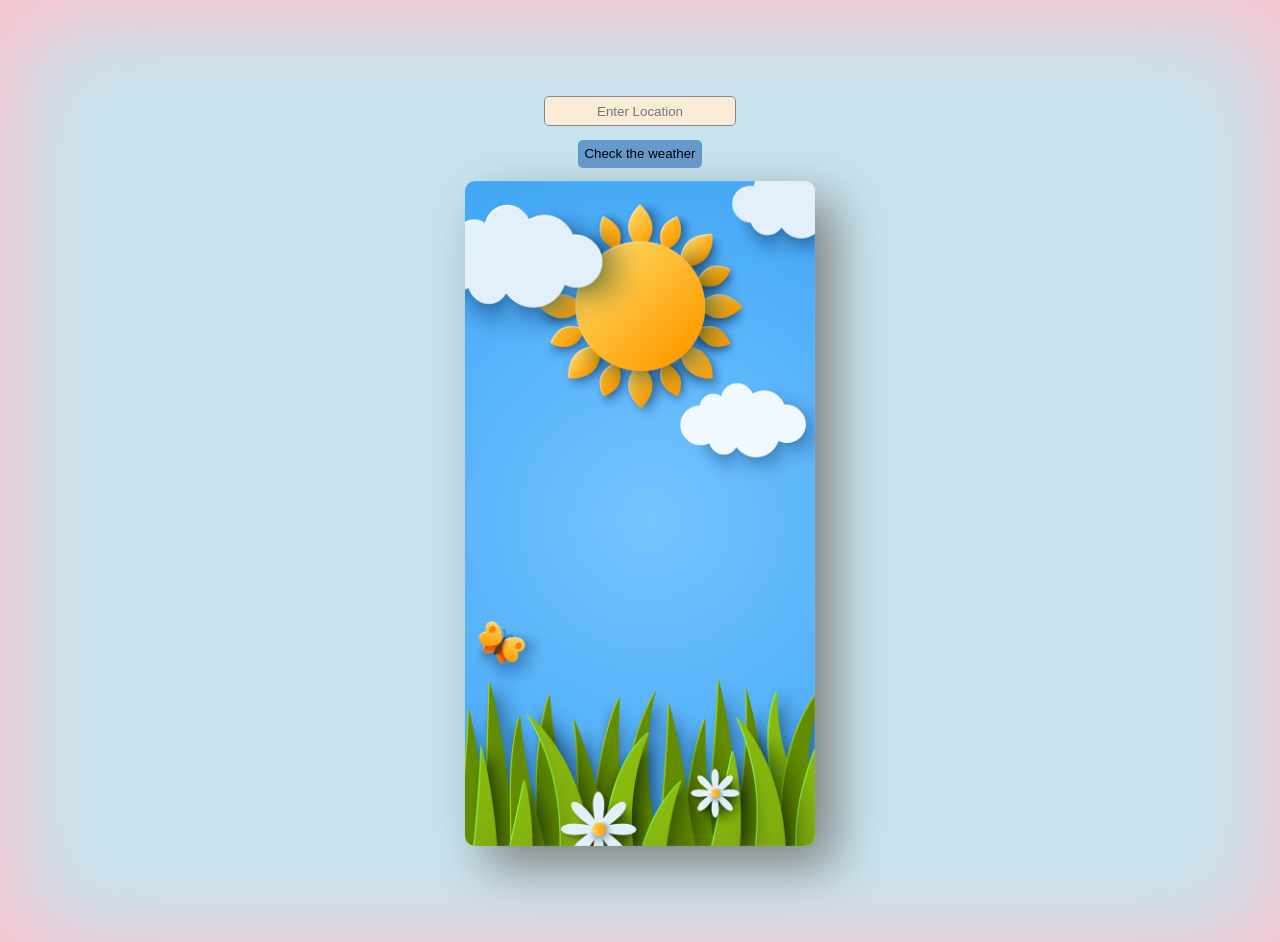
Repository: CanSanchez/weatherapp
Page: /
An editor plug-in stored every save of this project. The page is shown before and after the next save, followed by the edit.
The browser window is 1280 px wide. The pictures show the whole page.
The project was rebuilt for these pictures with package versions that can differ from the ones it lists, and the page was loaded fresh each time. The framework's server and built-in components were replaced by stand-ins that run in the browser. Also part of the build but not shown: next.config.js.

Above is the page before, as saved 2023-01-17 23:06:24.

### pages/index.js
import Head from 'next/head'
import Image from 'next/image'
import { Inter } from '@next/font/google'
import styles from '@/styles/Home.module.css'
import { useState } from 'react'
import axios from 'axios'
import sunny from '../public/background/sunny.png'

const inter = Inter({ subsets: ['latin'] })

export default function Home() {

  const [location, setLocation] = useState("");
  const [data, setData] = useState({});
  const [weather, setWeather] = useState();
  const [errorMessage, setErrorMessage] = useState('')
  const [background, setBackground] = useState(sunny.src);

  var apiKey = "99f42d70d7447c0cadd6b0124b3ed194";
  var lang ="en";
  var units ="metric";

  const url = `https://api.openweathermap.org/data/2.5/weather?q=${location}&units=${units}&&appid=${apiKey}&lang=${lang}`

  const searchLocation = (event) => {
    if(event.key === "Enter") {
      axios.get(url)
      .then((response) => {
        console.clear()
        setData(response.data)
        console.log(response.data)
        setWeather(response.data.weather);
        setErrorMessage("")
      }).catch(err => {
        console.log(err);
        setErrorMessage("Please enter another location")
        setData({})
        setWeather()
      })
      setLocation('')
    }
  }

  return (
    <>
      <Head>
        <title>Wazzup</title>
        <meta name="description" content="Weather app created by Can" />
        <meta name="viewport" content="width=device-width, initial-scale=1" />
        <link rel="icon" href="/weather-news.png" />
        <link href="https://fonts.googleapis.com/css2?family=Comfortaa&family=M+PLUS+Rounded+1c:wght@700&display=swap" rel="stylesheet"></link>
      </Head>

      <main className={styles.main}>
      <input
        className={styles.input}
        value={location}
        onChange={event => setLocation(event.target.value)}
        placeholder="Enter Location"
        onKeyDown={searchLocation}
        type="text"
       />
       <button className={styles.button}>Check the weather</button>

      <div className={styles.wrapper}
      style={{backgroundImage: `url(${background})`}}>
      {
        errorMessage &&
        <p>{errorMessage}</p>
      }
       {
        weather && weather.map((w, index) => {
          return (
            // <div key={index}>
            //   <div>{w.description}</div>
            //   <div>{w.main}</div>
            // </div>
            <div className={styles.weathercontent}>
              <h1 className={styles.city}>{data.name}</h1>
              {/* <h3>{data.sys.country}</h3> */}
              <div className={styles.currentweather}>{w.main}</div>
              <p>Wind: {data.wind.speed}m/s</p>
              <p>Temperature: {data.main.temp}°C</p>
              <p>Feels Like: {data.main.feels_like}°C</p>
            </div>
          )
        })
       }
      </div>
      </main>
    </>
  )
}

### styles/Home.module.css
.main {
  display: flex;
  flex-direction: column;
  justify-content: space-between;
  align-items: center;
  padding: 6rem;
  min-height: 100vh;
  background-color:#C7E4EE;
  box-shadow: 5px 10px 100px 10px pink inset;
}

.wrapper {
  width: 350px;
  height: 665px;
  display: flex;
  flex-direction: column;
  align-items: center;
  flex-wrap: nowrap;
  /* background-image: url('/background/sunny.png'); */
  background-size: cover;
  background-repeat: no-repeat;
  box-shadow: 20px 20px 50px grey;
  border-radius: 10px;
  justify-content: center;
}

.input {
  background-color: antiquewhite;
  color: #252525;
  text-align: center;
  border: #888888 1px solid;
  border-radius: 5px;
  padding: .5em;
  margin-bottom: 1em;
}

.button {
  background-color: #6699CC;
  border: 0;
  border-radius: 5px;
  padding: .5em;
  margin-bottom: 1em;
}

.weathercontent {
  display: flex;
  flex-direction: column;
  align-items: center;
  font-family: 'Comfortaa', cursive;
  font-family: 'M PLUS Rounded 1c', sans-serif;
  padding-top: 5em;
}

.city {
  text-transform: uppercase;
}

.currentweather {
  text-align: center;
  background-color: #65bf2e;
  width: 150px;
  border-radius: 20px;
  text-transform: uppercase;
}

Loaded but not shown: pages/_app.js (common file); pages/_document.js (common file); styles/globals.css (common file)

After the next save:
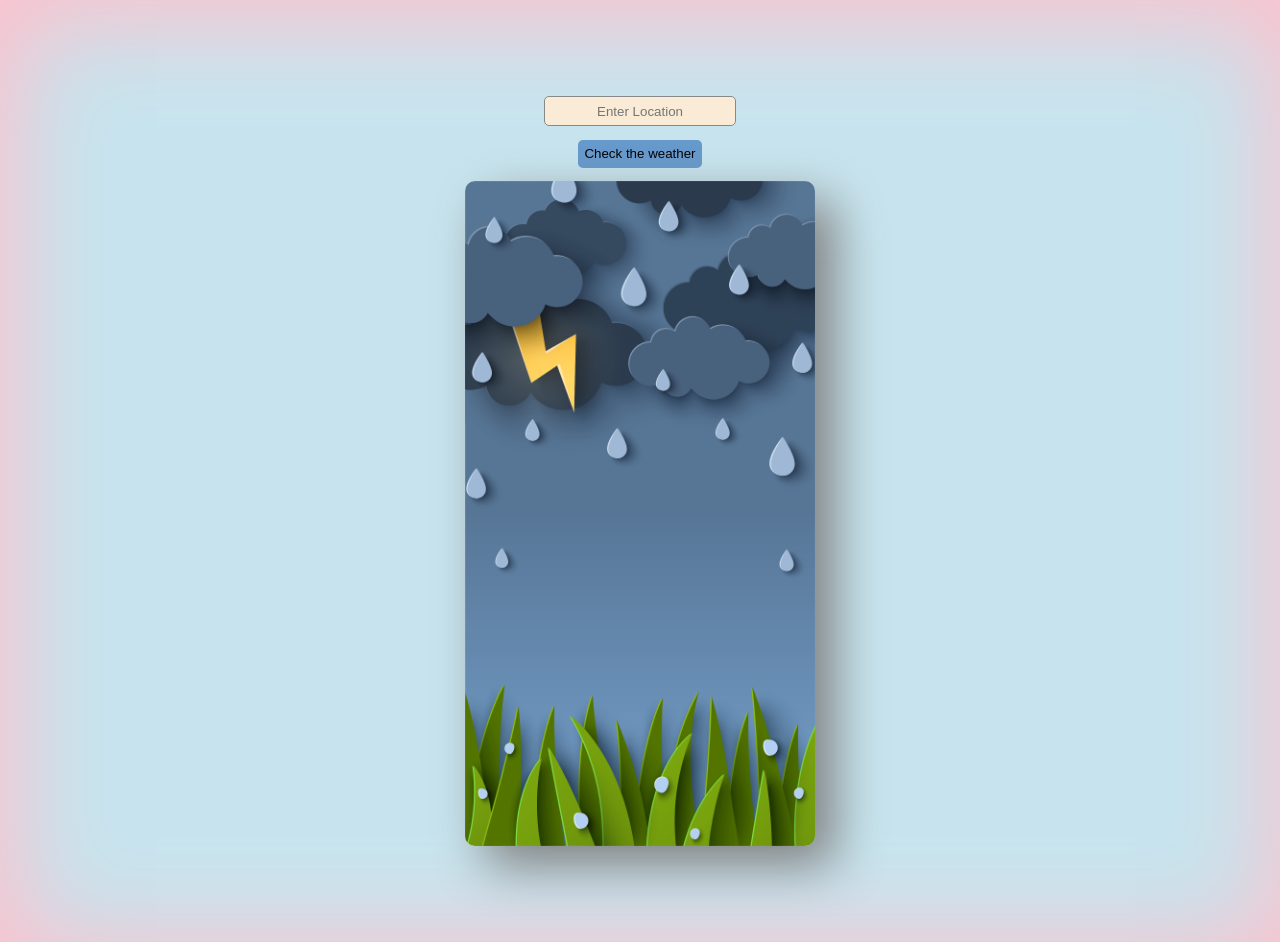
Saved 2 min 57 s later.
--- a/pages/index.js
+++ b/pages/index.js
@@ -5,6 +5,7 @@
 import { useState } from 'react'
 import axios from 'axios'
 import sunny from '../public/background/sunny.png'
+import rain from '../public/background/rain.png'
 
 const inter = Inter({ subsets: ['latin'] })
 
@@ -14,7 +15,7 @@
   const [data, setData] = useState({});
   const [weather, setWeather] = useState();
   const [errorMessage, setErrorMessage] = useState('')
-  const [background, setBackground] = useState(sunny.src);
+  const [background, setBackground] = useState(rain.src);
 
   var apiKey = "99f42d70d7447c0cadd6b0124b3ed194";
   var lang ="en";

After the save that followed:
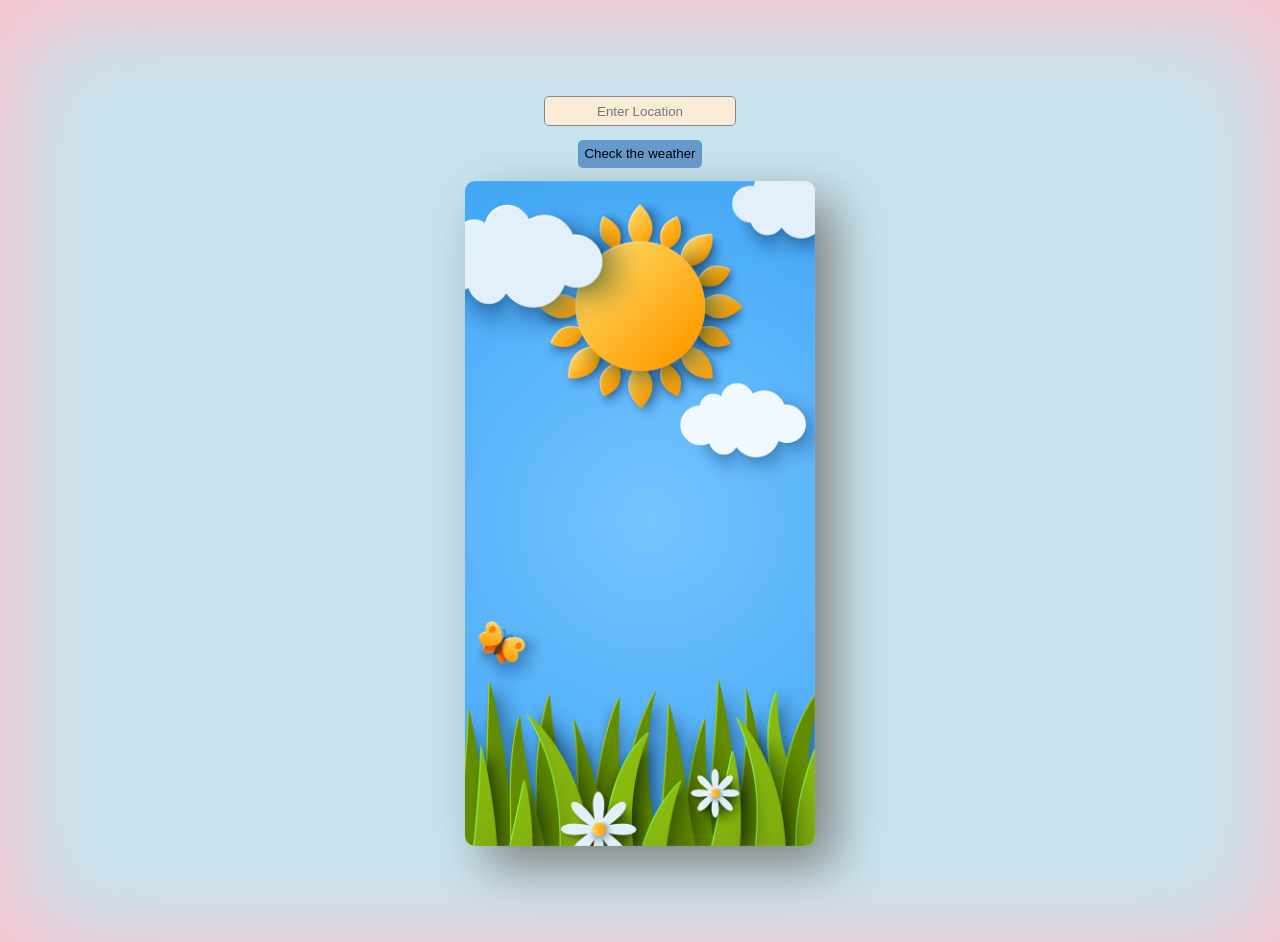
Saved 6 s later.
--- a/pages/index.js
+++ b/pages/index.js
@@ -15,7 +15,7 @@
   const [data, setData] = useState({});
   const [weather, setWeather] = useState();
   const [errorMessage, setErrorMessage] = useState('')
-  const [background, setBackground] = useState(rain.src);
+  const [background, setBackground] = useState(sunny.src);
 
   var apiKey = "99f42d70d7447c0cadd6b0124b3ed194";
   var lang ="en";
